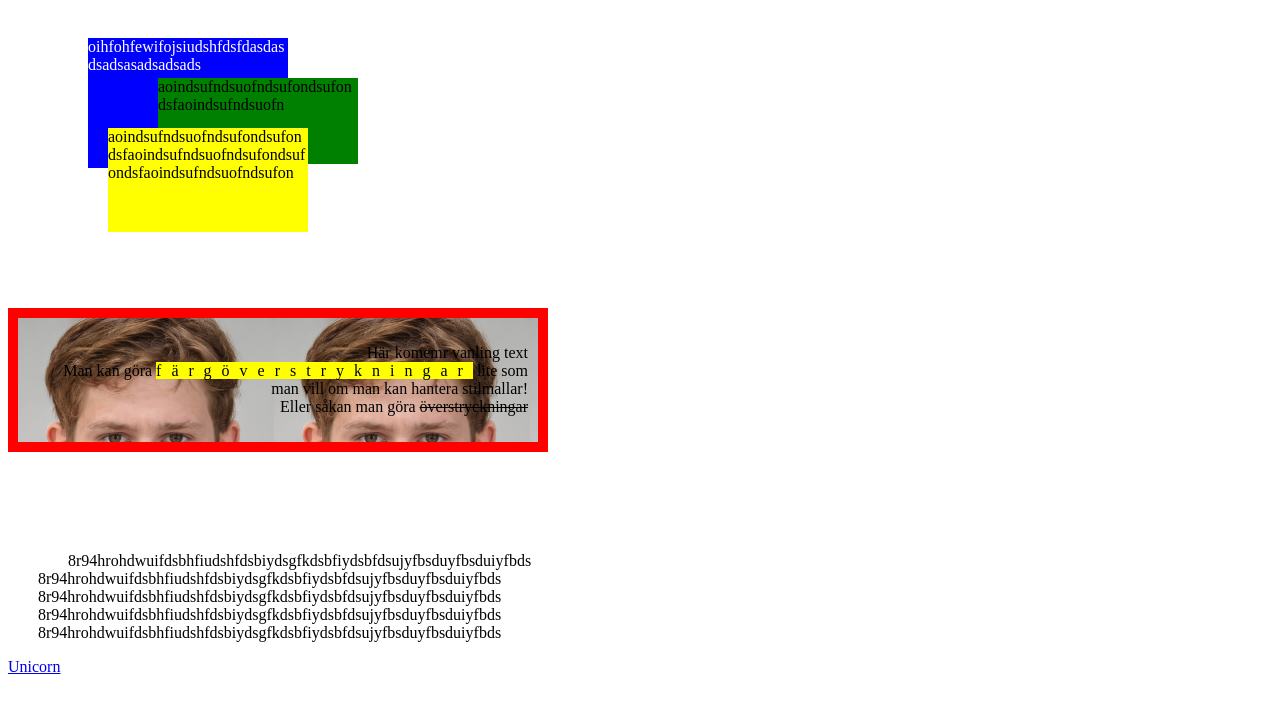
Repository: ViggoSkj/VGY
Page: ovningar/ovning6/ovning6a.html
These files come from the project's save history. The page is drawn as it stood at one moment and after the next save; the edit follows.
The browser window is 1280 px wide. The pictures show the whole page.

Above is the page before, as saved 2022-11-27 11:47:08.

### ovningar/ovning6/ovning6a.html
<!DOCTYPE html>
<html lang="en">
    <head>
        <meta charset="UTF-8">
        <meta http-equiv="X-UA-Compatible" content="IE=edge">
        <meta name="viewport" content="width=device-width, initial-scale=1.0">
        <link rel="stylesheet" href="public/css/style.css">
        <title>Document</title>
    </head>
    <body class="ovning-6">


        <div class="relative volume">
            <div id="box3" class="pw">
                aoindsufndsuofndsufondsufondsfaoindsufndsuofndsufondsufondsfaoindsufndsuofndsufon
            </div>
            <div id="box1" class="pw">
                    oihfohfewifojsiudshfdsfdasdasdsadsasadsadsads
            </div>
            <div id="box2" class="pw">
                    aoindsufndsuofndsufondsufondsfaoindsufndsuofn
            </div>

        </div>

        <div class="box">
            <p>Här komemr vanling text  <br>
            Man kan göra <span class="highlight">färgöverstrykningar</span> lite som <br>
            man vill om man kan hantera stilmallar! <br>
            Eller såkan man göra <span class="cross">överstryckningar</span></p>
        </div>

        <div class="last pw">
            <p>
                8r94hrohdwuifdsbhfiudshfdsbiydsgfkdsbfiydsbfdsujyfbsduyfbsduiyfbds
                8r94hrohdwuifdsbhfiudshfdsbiydsgfkdsbfiydsbfdsujyfbsduyfbsduiyfbds
                8r94hrohdwuifdsbhfiudshfdsbiydsgfkdsbfiydsbfdsujyfbsduyfbsduiyfbds
                8r94hrohdwuifdsbhfiudshfdsbiydsgfkdsbfiydsbfdsujyfbsduyfbsduiyfbds
                8r94hrohdwuifdsbhfiudshfdsbiydsgfkdsbfiydsbfdsujyfbsduyfbsduiyfbds
            </p>
        </div>
        <div id="myfooter">
            <a href="https://validator.w3.org/unicorn/check?ucn_uri=labb.vgy.se/~viggosg/ovningar/ovning6a.html&ucn_task=conformance">Unicorn</a>
         </div>
    </body>
</html>

### ovningar/ovning6/public/css/style.css
#box1 {
    position: absolute;
    background-color: blue;
    padding-bottom: 50px;
    top: 30px;
    left: 80px;
    width: 200px;
    height: 80px;
    color: white;
    z-index: 1;
}

.pw {
    word-wrap: break-word;
}

#box2 {
    position: absolute;

    background-color: green;
    padding-bottom: 50px;
    left: 150px;
    width: 200px;
    top: 70px;
    z-index: 2;
}

#box3 {
    padding-bottom: 50px;
    position: absolute;
    width: 200px;
    top: 120px;
    left: 100px;
    background-color: yellow;
    z-index: 3;
}

.relative {
    position:relative
}

.volume {
    height: 300px;
}

 .box {
    top:300px;
    padding: 10px;
    width: 500px;
    text-align: end;
    border: red 10px;
    border-style: solid;
    background-image: url("../images/face.jpg");
}

.highlight {
    background-color: yellow;
    letter-spacing: 10px;
}

.cross {
    text-decoration-line: line-through;
}

.last {
    margin-left: 30px;
    margin-top: 100px;
    width: 32em;
    text-indent: 30px;
}


.a {
    font-family: Arial, Helvetica, sans-serif;
    font-size: 100px;
}

.a1 {
    padding: 4px;
    position: absolute;
    top: 100px;
    left: 95px;
    background-color: blue;
    z-index: 3;
}

.a2 {
    padding: 4px;
    position: absolute;
    top: 100px;
    left:200px;
    background-color: red;
    z-index: 100;
}

.a3 {
    padding: 4px;
    position: absolute;
    top: 100px;
    left: 250px;
    background-color: green;
    z-index: 4;
}

.a4 {
    padding: 4px;
    position: absolute;
    top: 100px;
    left: 360px;
    background-color: red;
}

.a5 {
    padding: 4px;
    position: absolute;
    top: 100px;
    left: 450px;
    background-color: green;
}

.second {
    top: 300px;
    left: 600px;
}

After the next save:
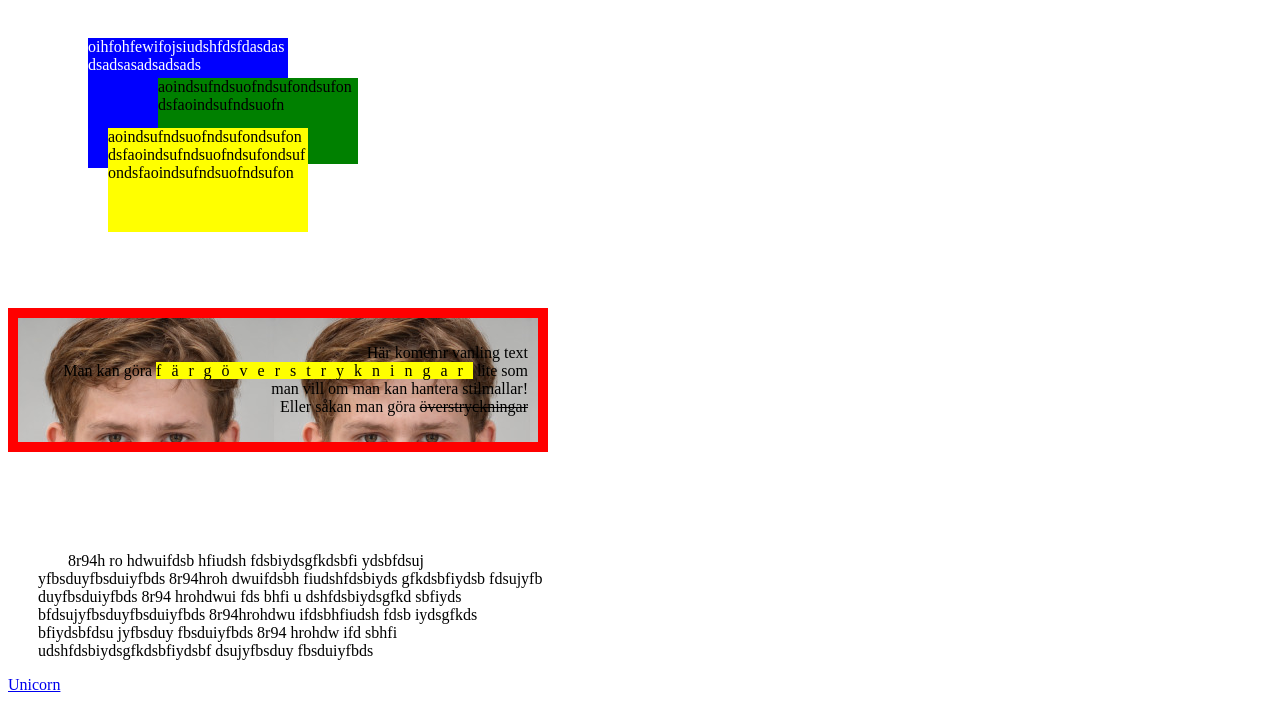
Saved 84 s later.
--- a/ovningar/ovning6/ovning6a.html
+++ b/ovningar/ovning6/ovning6a.html
@@ -32,11 +32,11 @@
 
         <div class="last pw">
             <p>
-                8r94hrohdwuifdsbhfiudshfdsbiydsgfkdsbfiydsbfdsujyfbsduyfbsduiyfbds
-                8r94hrohdwuifdsbhfiudshfdsbiydsgfkdsbfiydsbfdsujyfbsduyfbsduiyfbds
-                8r94hrohdwuifdsbhfiudshfdsbiydsgfkdsbfiydsbfdsujyfbsduyfbsduiyfbds
-                8r94hrohdwuifdsbhfiudshfdsbiydsgfkdsbfiydsbfdsujyfbsduyfbsduiyfbds
-                8r94hrohdwuifdsbhfiudshfdsbiydsgfkdsbfiydsbfdsujyfbsduyfbsduiyfbds
+                8r94h ro  hdwuifdsb hfiudsh fdsbiydsgfkdsbfi ydsbfdsuj yfbsduyfbsduiyfbds
+                8r94hroh dwuifdsbh fiudshfdsbiyds gfkdsbfiydsb fdsujyfb  duyfbsduiyfbds
+                8r94 hrohdwui fds bhfi u dshfdsbiydsgfkd sbfiyds bfdsujyfbsduyfbsduiyfbds
+                8r94hrohdwu ifdsbhfiudsh fdsb iydsgfkds bfiydsbfdsu jyfbsduy fbsduiyfbds
+                8r94 hrohdw  ifd sbhfi udshfdsbiydsgfkdsbfiydsbf dsujyfbsduy fbsduiyfbds
             </p>
         </div>
         <div id="myfooter">
